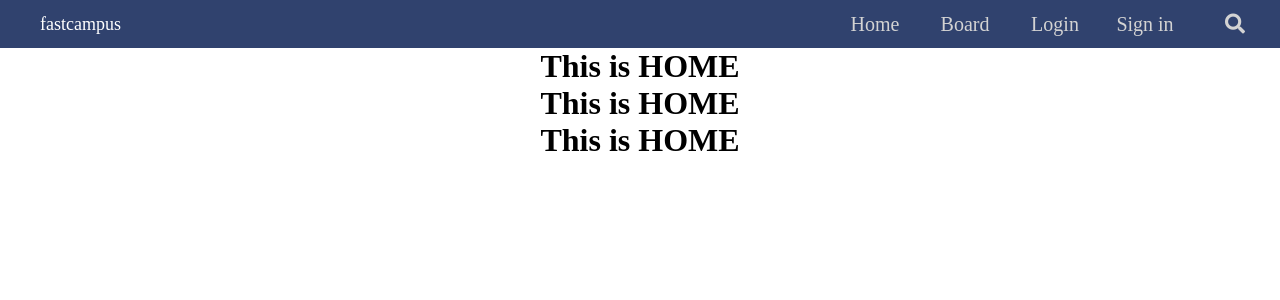
Repository: ReneeKang/Spring_jungsuk
Page: http://localhost/ch2/
The author's editor kept a copy of each file at every save. The page is drawn from the files as they stood at one save, then again after the next save.
The browser window is 1280 px wide. The pictures show the whole page.
Some web libraries are served in a nearby version. The page is served by Tomcat 9. Other server files are loaded and not shown.

Above is the page before, as saved 2022-04-17 09:08:43.

### ch2/src/main/webapp/WEB-INF/views/index.jsp
<%@ page language="java" contentType="text/html; charset=UTF-8"%>
<%@ taglib uri="http://java.sun.com/jsp/jstl/core" prefix="c" %>
<%@ page session="false" %>

<c:set var="loginOutLink" value="${sessionScope.id==null ? '/login/login' : '/login/logout'}"/>
<c:set var="loginOut" value="${sessionScope.id==null ? 'Login' : 'Logout'}"/>

<!DOCTYPE html>
<html>
<head>
	<meta charset="UTF-8">
    <title>fastcampus</title>
    <link rel="stylesheet" href="<c:url value='/css/menu.css'/>">
    <link rel="stylesheet" href="https://cdnjs.cloudflare.com/ajax/libs/font-awesome/5.8.2/css/all.min.css"/>
</head>
<body>
<div id="menu">
	<ul>
	    <li id="logo">fastcampus</li>
	    <li><a href="<c:url value='/'/>">Home</a></li>
	    <li><a href="<c:url value='/board/list'/>">Board</a></li>
	    <li><a href="<c:url value='${loginOutLink}'/>">${loginOut}</a></li>
	    <li><a href="<c:url value='/register/add'/>">Sign in</a></li>
	    <li><a href=""><i class="fas fa-search small"></i></a></li>
	</ul>
</div>
<div style="text-align:center">
	<h1>This is HOME</h1>
	<h1>This is HOME</h1>
	<h1>This is HOME</h1>
</div>

### ch2/src/main/webapp/resources/css/menu.css
* {
    box-sizing: border-box;
    margin : 0;
    padding: 0;
}

a { text-decoration: none;  }

ul {
    list-style-type: none;
    height: 48px;
    width: 100%;
    background-color: #30426E;
    display: flex;
}

ul > li {
    color: lightgray;
    height : 100%;
    width:90px;
    display:flex;
    align-items: center;
}

ul > li > a {
    color: lightgray;
    margin:auto;
    padding: 10px;
    font-size:20px;
    align-items: center;
}

ul > li > a:hover {
    color :white;
    border-bottom: 3px solid rgb(209, 209, 209);
}

#logo {
	color:white;
    font-size: 18px;
    padding-left:40px;
    margin-right:auto;
    display: flex;
}

After the next save:
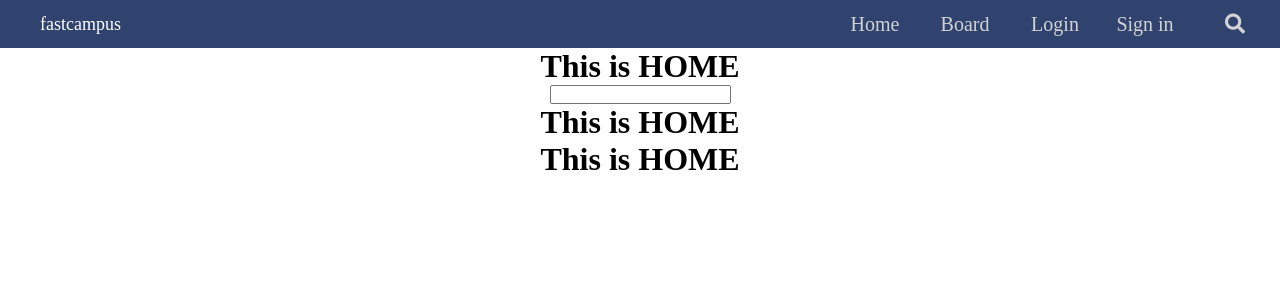
Saved 2 min 36 s later.
--- a/ch2/src/main/webapp/WEB-INF/views/index.jsp
+++ b/ch2/src/main/webapp/WEB-INF/views/index.jsp
@@ -25,7 +25,7 @@
 	</ul>
 </div>
 <div style="text-align:center">
-	<h1>This is HOME</h1>
+	<h1>This is HOME</h1> <input type="text" name="toURL" value="${param.toURL}">
 	<h1>This is HOME</h1>
 	<h1>This is HOME</h1>
 </div>
